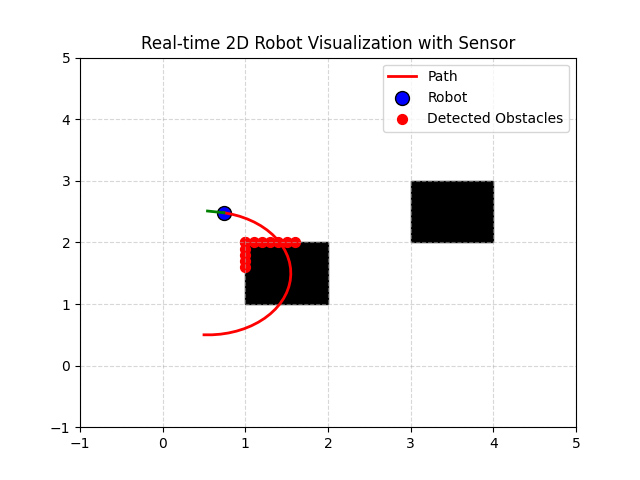
Repository: JLCucumber/comp0244-go2
Script's output: python src/cw1_team_2/2D_environment/main.py
The author's editor kept a copy of each file at every save. The script's output is drawn from the files as they stood at one save, then again after the next save.
Animations are shown at an early frame. Random numbers start from a fixed seed.

Above is the script's output before, as saved 2025-02-16 02:10:40.

### src/cw1_team_2/2D_environment/main.py
import time

from matplotlib import pyplot as plt
from environment import Environment
from robot import Robot
from visualization import plot_environment

if __name__ == "__main__":
    env = Environment()  # 生成 2D 地图
    robot = Robot(env, start_pos=(0.5, 0.5), start_angle=0, sensor_range=1.0)  # 创建机器人

    plt.ion()  # 开启 Matplotlib 交互模式

    for _ in range(50):  # 运行 50 步
        robot.move_forward()  # 机器人前进
        robot.rotate(0.1)  # 每步旋转 0.1 弧度
        plot_environment(env, robot)  # 实时绘制环境和轨迹
        plt.gcf().canvas.mpl_connect('key_press_event', lambda event: exit(0) if event.key == 'q' else None)
        time.sleep(0.1)  # 控制动画速度

    plt.ioff()  # 关闭交互模式
    plt.show()

### src/cw1_team_2/2D_environment/environment.py
import json
import numpy as np

class Environment:
    """2D 障碍物环境"""

    def __init__(self, map_file=None):
        self.obstacles = []
        if map_file:
            self.load_map(map_file)
        else:
            self.generate_default_map()

    def generate_default_map(self):
        """生成默认障碍物地图"""
        self.obstacles = [
            {"x_min": 1, "y_min": 1, "x_max": 2, "y_max": 2},  # 正方形障碍物
            {"x_min": 3, "y_min": 2, "x_max": 4, "y_max": 3},  # 另一个障碍物
        ]

    def load_map(self, map_file):
        """从 JSON 文件加载地图"""
        with open(map_file, "r") as f:
            self.obstacles = json.load(f)

    def get_obstacles_near(self, position, sensor_range):
        """返回在 `sensor_range` 内的障碍物边界点"""
        nearby_points = []
        for obs in self.obstacles:
            # 获取障碍物四个角的坐标
            edge_points = [
                (obs["x_min"], obs["y_min"]),
                (obs["x_max"], obs["y_min"]),
                (obs["x_max"], obs["y_max"]),
                (obs["x_min"], obs["y_max"])
            ]

            # 生成额外边界上的点，提高检测精度
            step = 0.1  # 采样间距
            for x in np.arange(obs["x_min"], obs["x_max"], step):
                edge_points.append((x, obs["y_min"]))
                edge_points.append((x, obs["y_max"]))
            for y in np.arange(obs["y_min"], obs["y_max"], step):
                edge_points.append((obs["x_min"], y))
                edge_points.append((obs["x_max"], y))

            for point in edge_points:
                point = np.array(point)
                if np.linalg.norm(position - point) <= sensor_range:
                    nearby_points.append(point)

        return nearby_points

### src/cw1_team_2/2D_environment/robot.py
import numpy as np

class Robot:
    """带方向的可移动机器人，增加局部传感器"""

    def __init__(self, env, start_pos=(0.5, 0.5), start_angle=0, sensor_range=0.2, step_size=0.1):
        """
        :param env: 环境对象
        :param start_pos: 机器人起始位置
        :param start_angle: 机器人起始朝向（弧度）
        :param sensor_range: 传感器探测范围
        :param step_size: 机器人移动的步长
        """
        self.env = env
        self.position = np.array(start_pos)
        self.angle = start_angle  # 方向，以弧度表示
        self.sensor_range = sensor_range
        self.step_size = step_size  # 机器人步长
        self.path = [tuple(self.position)]  # 记录轨迹

    def move_forward(self):
        """沿当前方向前进"""
        dx = self.step_size * np.cos(self.angle)
        dy = self.step_size * np.sin(self.angle)
        self.position += np.array([dx, dy])
        self.path.append(tuple(self.position))

    def rotate(self, delta_angle):
        """旋转机器人"""
        self.angle += delta_angle  # 角度单位为弧度

    def get_local_obstacles(self):
        """获取局部感知到的障碍物点"""
        return self.env.get_obstacles_near(self.position, self.sensor_range)

### src/cw1_team_2/2D_environment/visualization.py
import matplotlib.pyplot as plt
import numpy as np

def plot_environment(env, robot):
    """绘制环境、障碍物和机器人轨迹"""

    plt.clf()  # 清除上一帧

    # 绘制障碍物
    for obs in env.obstacles:
        width = abs(obs["x_max"] - obs["x_min"])
        height = abs(obs["y_max"] - obs["y_min"])
        plt.gca().add_patch(plt.Rectangle((obs["x_min"], obs["y_min"]), width, height, color="black"))

    # 绘制机器人轨迹
    path = np.array(robot.path)
    plt.plot(path[:, 0], path[:, 1], 'r-', label="Path", linewidth=2)

    # 绘制机器人当前位置
    plt.scatter(robot.position[0], robot.position[1], color='blue', s=100, edgecolors='black', label="Robot")

    # 绘制机器人朝向
    heading = robot.position + np.array([np.cos(robot.angle), np.sin(robot.angle)]) * 0.2
    plt.plot([robot.position[0], heading[0]], [robot.position[1], heading[1]], 'g-', linewidth=2)

    # 绘制传感器感知到的障碍物点
    local_obstacles = robot.get_local_obstacles()
    if local_obstacles:
        obs_points = np.array(local_obstacles)
        plt.scatter(obs_points[:, 0], obs_points[:, 1], color='red', s=50, label="Detected Obstacles")

    plt.xlim(-1, 5)
    plt.ylim(-1, 5)
    plt.grid(True, linestyle="--", alpha=0.5)
    plt.legend()
    plt.title("Real-time 2D Robot Visualization with Sensor")
    plt.pause(0.1)

After the next save:
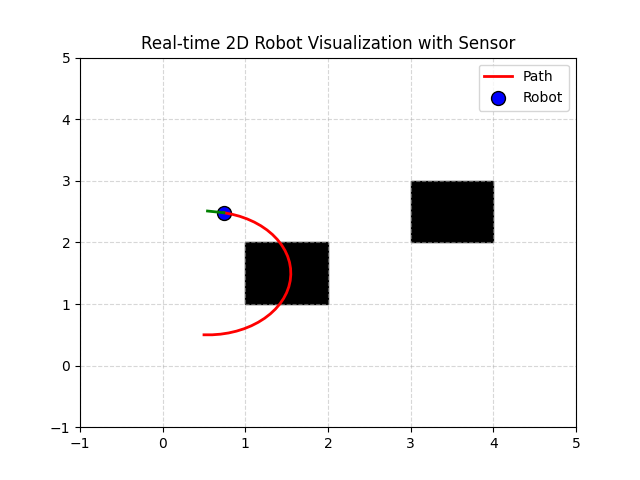
Saved 28 s later.
--- a/src/cw1_team_2/2D_environment/main.py
+++ b/src/cw1_team_2/2D_environment/main.py
@@ -7,7 +7,7 @@ from visualization import plot_environment
 
 if __name__ == "__main__":
     env = Environment()  # 生成 2D 地图
-    robot = Robot(env, start_pos=(0.5, 0.5), start_angle=0, sensor_range=1.0)  # 创建机器人
+    robot = Robot(env, start_pos=(0.5, 0.5), start_angle=0, sensor_range=0.2)  # 创建机器人
 
     plt.ion()  # 开启 Matplotlib 交互模式
 
